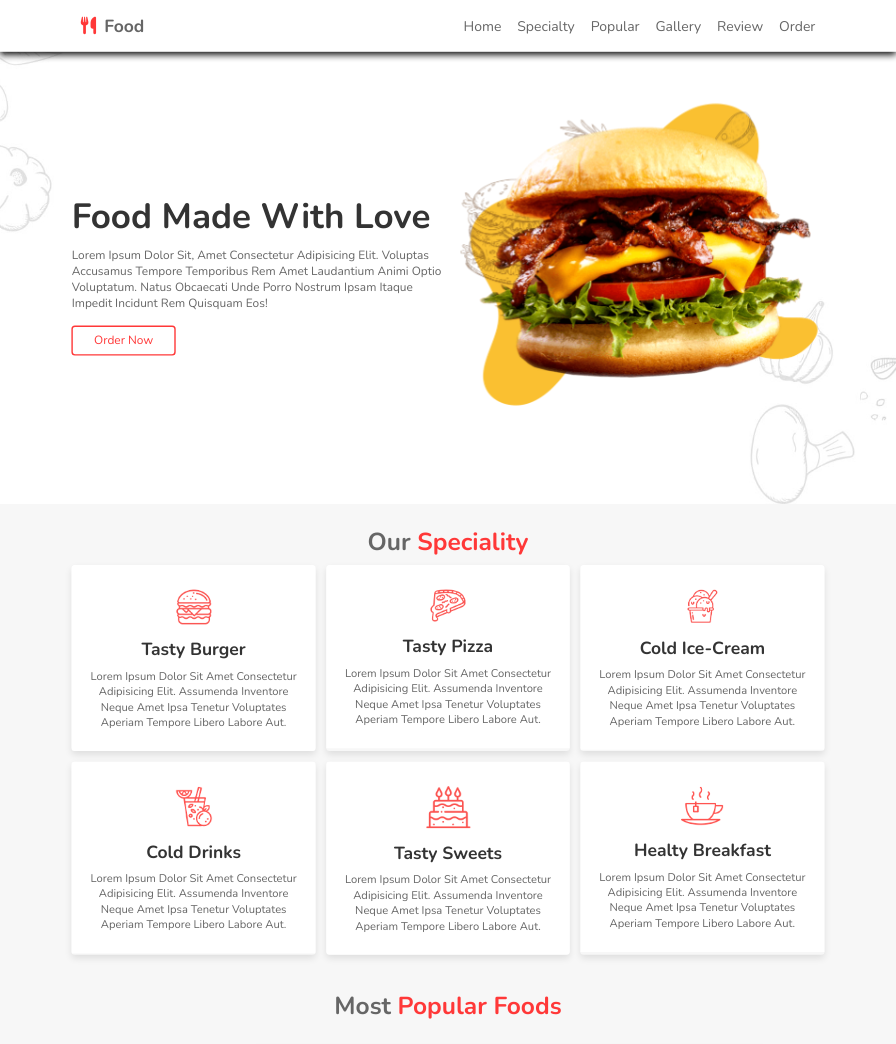
Repository: wenxi0504/ResturantApp-static-
Page: index.html
The author's editor kept a copy of each file at every save. The page is drawn from the files as they stood at one save, then again after the next save.
The browser window is 1280 px wide. The pictures show the part of the page from y = 0 to 1920 px (the page is 1491 px tall before and 4509 px after), at 70% of full size.

Above is the page before, as saved 2022-01-10 00:05:40.
Console error: TypeError: Cannot read properties of null (reading 'classList')

After the next save:
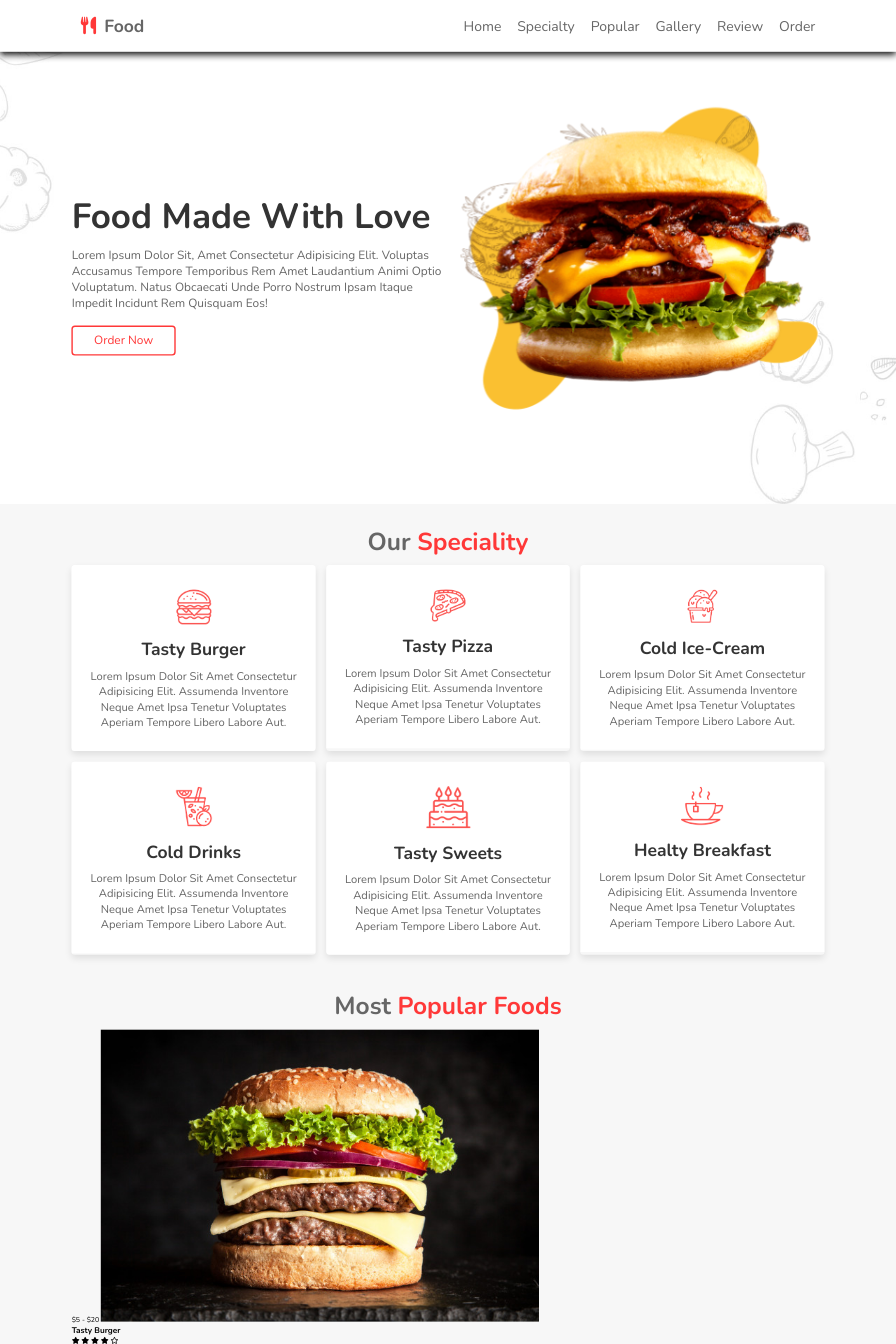
Saved 84 s later.
--- a/index.html
+++ b/index.html
@@ -105,6 +105,86 @@
 <!--popular section-->
 <section class="popular" id="popular">
     <h1 class="heading">most <span>popular foods</span></h1>
+<div class="box-container">
+    <div class="box">
+        <span class="price"> $5 - $20 </span>
+        <img src="images/p-1.jpg" alt="">
+        <h3>tasty burger</h3>
+        <div class="stars">
+            <i class="fas fa-star"></i>
+            <i class="fas fa-star"></i>
+            <i class="fas fa-star"></i>
+            <i class="fas fa-star"></i>
+            <i class="far fa-star"></i>
+        </div>
+        <a href="#" class="btn">order now</a>
+    </div>
+    <div class="box">
+        <span class="price"> $5 - $20 </span>
+        <img src="images/p-2.jpg" alt="">
+        <h3>tasty cakes</h3>
+        <div class="stars">
+            <i class="fas fa-star"></i>
+            <i class="fas fa-star"></i>
+            <i class="fas fa-star"></i>
+            <i class="fas fa-star"></i>
+            <i class="far fa-star"></i>
+        </div>
+        <a href="#" class="btn">order now</a>
+    </div>
+    <div class="box">
+        <span class="price"> $5 - $20 </span>
+        <img src="images/p-3.jpg" alt="">
+        <h3>tasty sweets</h3>
+        <div class="stars">
+            <i class="fas fa-star"></i>
+            <i class="fas fa-star"></i>
+            <i class="fas fa-star"></i>
+            <i class="fas fa-star"></i>
+            <i class="far fa-star"></i>
+        </div>
+        <a href="#" class="btn">order now</a>
+    </div>
+    <div class="box">
+        <span class="price"> $5 - $20 </span>
+        <img src="images/p-4.jpg" alt="">
+        <h3>tasty cupcakes</h3>
+        <div class="stars">
+            <i class="fas fa-star"></i>
+            <i class="fas fa-star"></i>
+            <i class="fas fa-star"></i>
+            <i class="fas fa-star"></i>
+            <i class="far fa-star"></i>
+        </div>
+        <a href="#" class="btn">order now</a>
+    </div>
+    <div class="box">
+        <span class="price"> $5 - $20 </span>
+        <img src="images/p-5.jpg" alt="">
+        <h3>cold drinks</h3>
+        <div class="stars">
+            <i class="fas fa-star"></i>
+            <i class="fas fa-star"></i>
+            <i class="fas fa-star"></i>
+            <i class="fas fa-star"></i>
+            <i class="far fa-star"></i>
+        </div>
+        <a href="#" class="btn">order now</a>
+    </div>
+    <div class="box">
+        <span class="price"> $5 - $20 </span>
+        <img src="images/p-6.jpg" alt="">
+        <h3>cold ice-cream</h3>
+        <div class="stars">
+            <i class="fas fa-star"></i>
+            <i class="fas fa-star"></i>
+            <i class="fas fa-star"></i>
+            <i class="fas fa-star"></i>
+            <i class="far fa-star"></i>
+        </div>
+        <a href="#" class="btn">order now</a>
+    </div>
+</div>
 </section>
 <!--popular section ends-->
     <!--custom js file link-->
